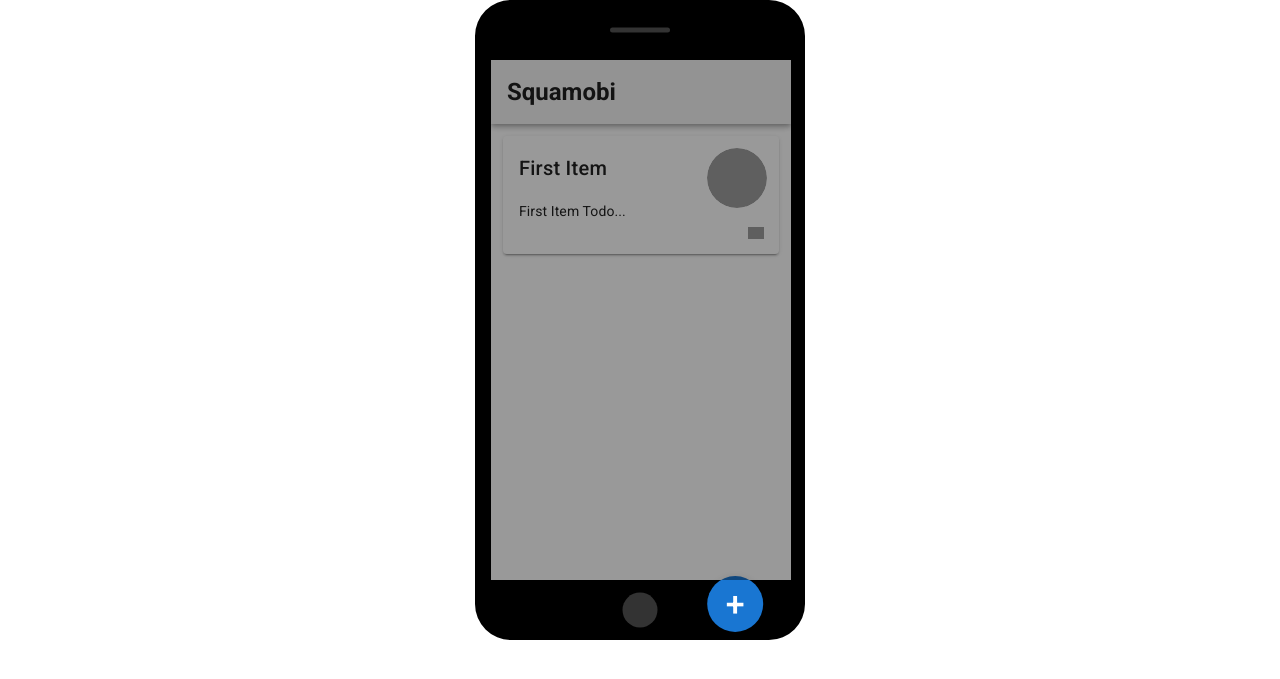
Repository: Keepnox/squamobi-interview
Page: /
These files come from the project's save history. The page is drawn as it stood at one moment and after a run of saves; the edit follows.
The browser window is 1280 px wide. The pictures show the whole page.
Pictures or frames that could not be fetched are drawn as grey boxes. The project was rebuilt for these pictures with package versions that can differ from the ones it lists, and the page was loaded fresh each time. Also part of the build but not shown: vue.config.js.

Above is the page before, as saved 2022-01-18 00:29:52.

After the next 3 saves:
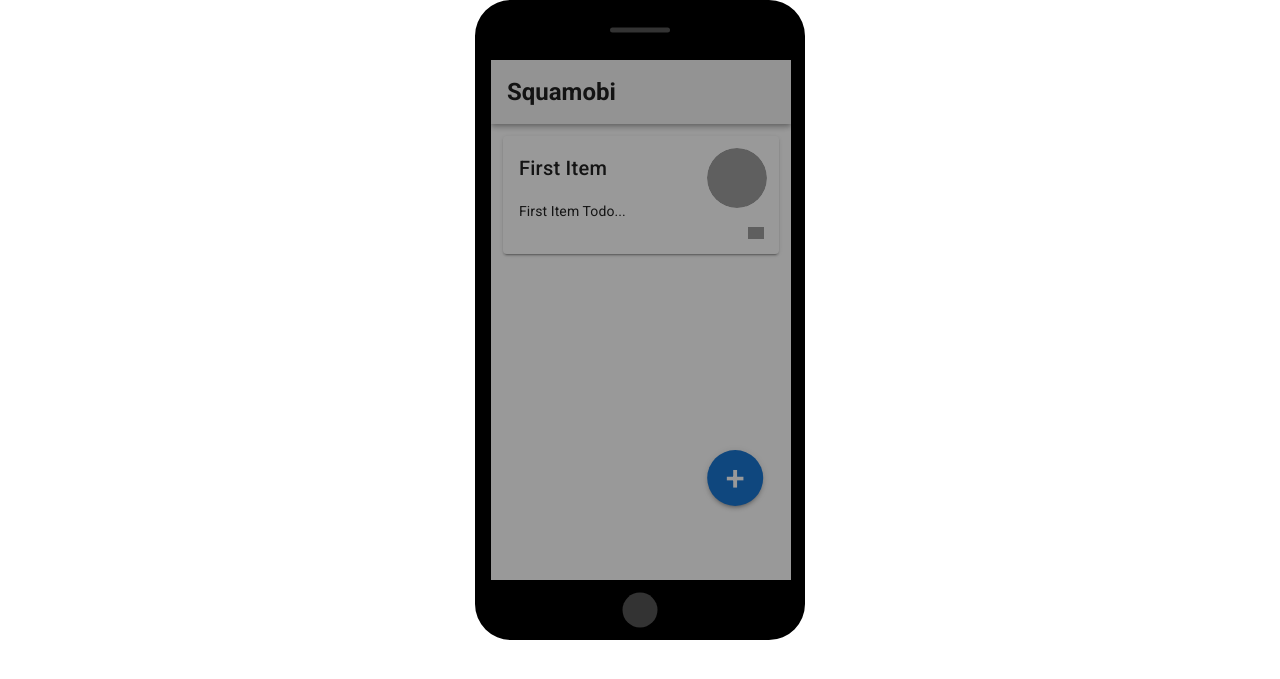
The 3 saves are shown as one change because they came seconds apart.
The last was saved 11 s later.
--- a/src/views/Home.vue
+++ b/src/views/Home.vue
@@ -140,7 +140,7 @@ export default {
   position: fixed;
   right: 50%;
   transform: translatex(220%);
-  top: 80%;
+  top: 450px;
 }
 .popup {
   position: absolute;
